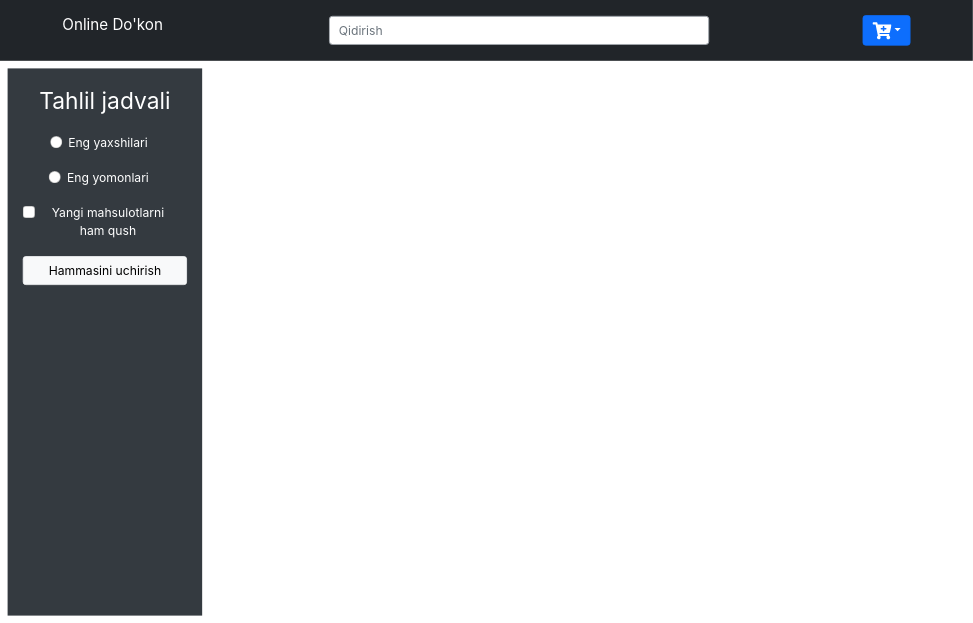
Repository: om1ars/shopping-cart
Page: /
These files come from the project's save history. The page is drawn as it stood at one moment and after a run of saves; the edit follows.
The browser window is 1280 px wide. The pictures show the whole page, at 76% of full size.
The project was rebuilt for these pictures with package versions that can differ from the ones it lists, and the page was loaded fresh each time.

Above is the page before, as saved 2021-10-06 17:43:58.

### src/index.js
import React from "react";
import "bootstrap/dist/css/bootstrap.min.css";
import ReactDOM from "react-dom";
import "./index.css";
import App from "./App";
import reportWebVitals from "./reportWebVitals";
import { Context } from "./context/Context";

ReactDOM.render(
  <React.StrictMode>
    <Context>
      <App />
    </Context>
  </React.StrictMode>,
  document.getElementById("root")
);

// If you want to start measuring performance in your app, pass a function
// to log results (for example: reportWebVitals(console.log))
// or send to an analytics endpoint. Learn more: https://bit.ly/CRA-vitals
reportWebVitals();

### src/App.js
import './App.css';
import { Header } from './components/Header';
import { Home } from './components/Home';

function App() {
  return (
    <div className="App">
      <Header />
      <Home />
    </div>
  );
}

export default App;

### src/context/Context.js
import React, {useContext, createContext, useReducer} from 'react'
import faker from 'faker'
import { AppReducer } from './AppReducer';


const Cart = createContext();

export const Context = ({children}) => {
    const products = [...Array(20)].map(() => ({
        id: faker.datatype.uuid(),
        name: faker.commerce.productName(),
        price: faker.commerce.price(),
        image: faker.random.image(),
        inStock: faker.random.arrayElement([0, 3, 5, 6, 7]),
        fastDelivery: faker.datatype.boolean(),
        ratings: faker.random.arrayElement([1, 2, 3, 4, 5]),
    }))

    const [state, dispatch] = useReducer(AppReducer, {
        products: products,
        cart: []
    })

    console.log(products);

    return (
        <Cart.Provider value={{state, dispatch}}>
            {children}
        </Cart.Provider>

    )
}


export const CartState=() => {
    return useContext(Cart)
}

### src/components/Header.js
// import Dropdown from '@restart/ui/esm/Dropdown'
import React from 'react'
import { Container, Dropdown, FormControl, Nav, Navbar } from 'react-bootstrap'
import { FaCartPlus } from 'react-icons/fa';

export const Header = () => {
    return (
        <Navbar bg='dark' variant='dark' style={{height: 80}}>
            <Container>
                <Navbar.Brand>
                    <p>Online Do'kon</p>
                </Navbar.Brand>
                <Navbar.Text className='search'>
                    <FormControl style={{width: 500}} placeholder= 'Qidirish' className='m-auto' />
                </Navbar.Text>
                <Nav>
                    <Dropdown>
                        <Dropdown.Toggle variant='primary'>
                            <FaCartPlus color='white' fontSize="25px" />
                        </Dropdown.Toggle>
                        <Dropdown.Menu fontSize='200px'>Xarid mavjud emas</Dropdown.Menu>
                    </Dropdown>
                </Nav>
            </Container>
        </Navbar>
    )
}

### src/components/Home.js
import React from 'react'
import { CartState } from '../context/Context'
// import { CartState } from '../context/Context'
import { Filter } from './Filter'
import './styles.css'

export const Home = () => {
    const {
        state: {products},
    } = CartState()

    // console.log(state);
    return (
        <div>
            <Filter />
            {products.map((p) => (
                console.log(p)
            ))}
        </div>
    )
}

### src/context/AppReducer.js
export const AppReducer = (state, action) => {
  switch (action.type) {
    case "ADD_TO_CART":
      return { ...state, cart: [...state.cart, { ...action.payload, qty: 1 }] };

    case "REMOVE_FROM_CART":
      return {
        ...state,
        cart: state.cart.filter((c) => c.id !== action.payload.id),
      };
    default:
      return state;
  }
};

### src/components/Filter.js
import React from 'react'
import { Button, Form } from 'react-bootstrap'

export const Filter = () => {
    return (
        <div className='filter'>
            <span className="title">Tahlil jadvali</span>
            <span>
                <Form.Check
                inline
                label='Eng yaxshilari'
                name='group1'
                type='radio'
                id={`inline-1`}
                />
            </span>
            <span>
                <Form.Check
                inline
                label='Eng yomonlari'
                name='group1'
                type='radio'
                id={`inline-2`}
                />
            </span>
            <span>
                <Form.Check
                inline
                label='Yangi mahsulotlarni ham qush'
                name='group1'
                type='checkbox'
                id={`inline-3`}
                />
            </span>
            <Button variant='light'>Hammasini uchirish</Button>
        </div>
    )
}

### src/components/styles.css
.filter {
    background-color: #343a40;
    color: white;
    padding: 20px;
    display: flex;
    flex-direction: column;
    width: 20%;
    margin: 10px;
    height: 100vh;
}
.filter > span {
    padding-bottom: 20px;
}
.title {
    font-size: 30px;
}

Loaded but not shown: public/index.html (common file); src/index.css (common file); src/reportWebVitals.js (common file); src/App.css (common file)

After the next 12 saves:
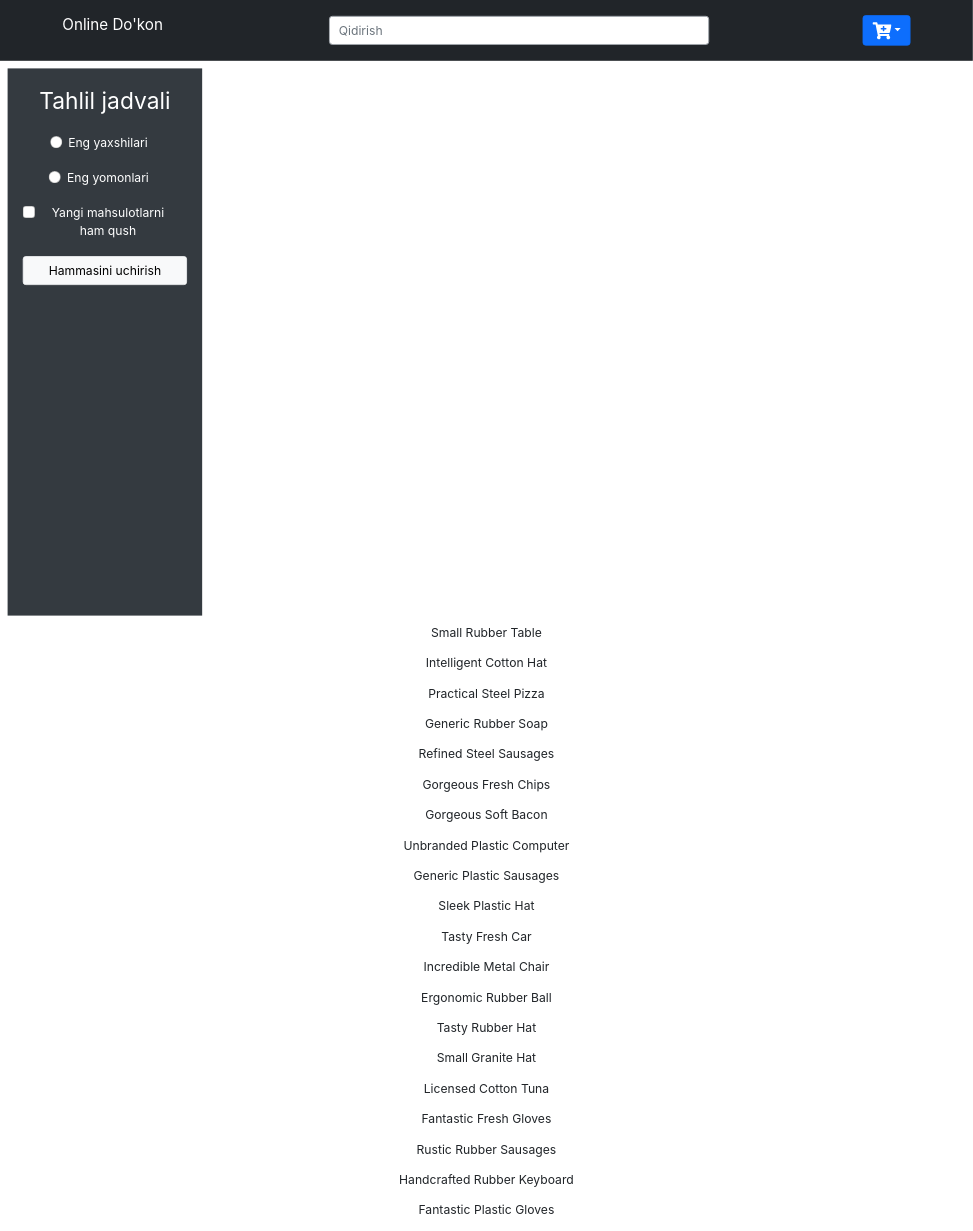
The 12 saves are shown as one change because they came seconds apart.
The last was saved 25 s later.
--- a/src/components/Home.js
+++ b/src/components/Home.js
@@ -14,7 +14,7 @@
         <div>
             <Filter />
             {products.map((p) => (
-                console.log(p)
+                <p>{p.name}</p>
             ))}
         </div>
     )

After the 3 saves that followed:
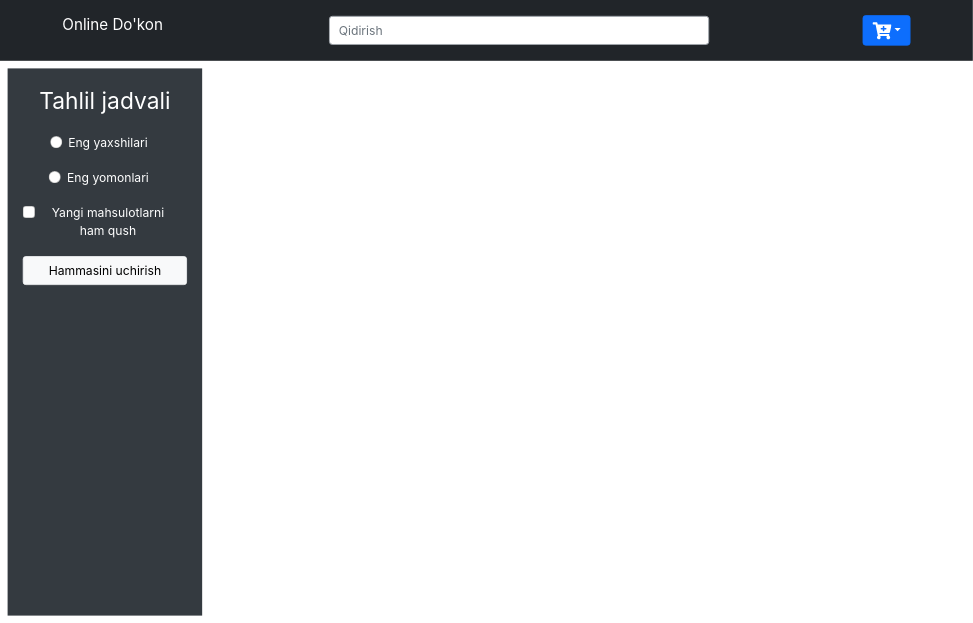
The 3 saves are shown as one change because they came seconds apart.
The last was saved 31 s later.
--- a/src/components/Home.js
+++ b/src/components/Home.js
@@ -9,13 +9,9 @@
         state: {products},
     } = CartState()
 
-    // console.log(state);
     return (
         <div>
             <Filter />
-            {products.map((p) => (
-                <p>{p.name}</p>
-            ))}
         </div>
     )
 }
